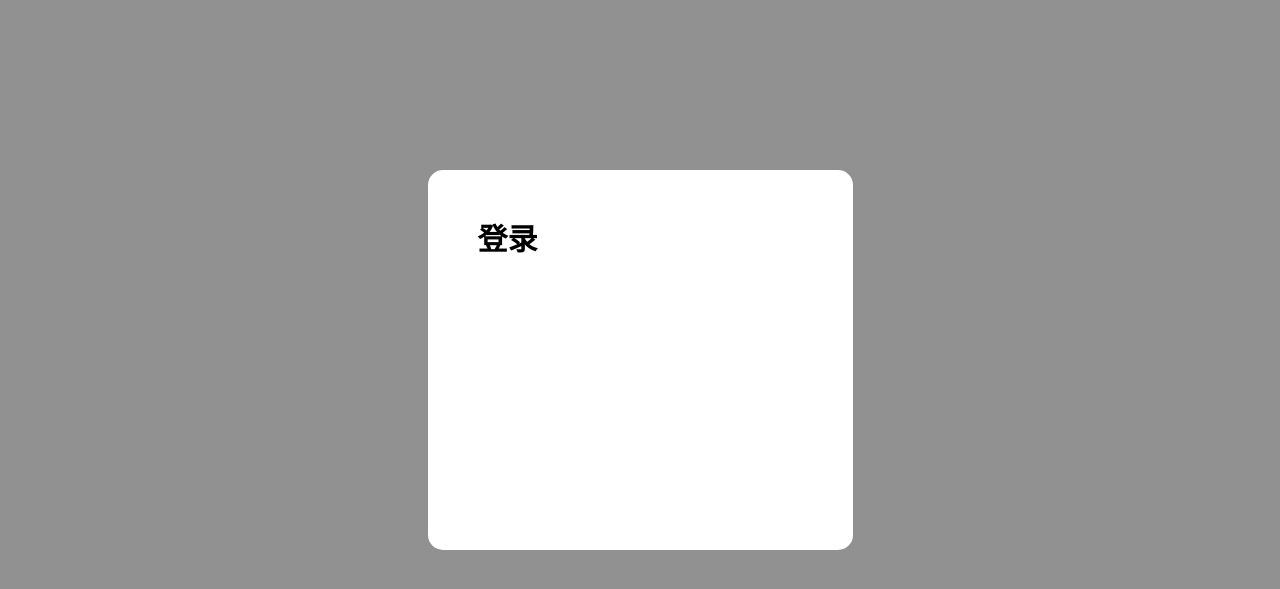
Repository: sjtu-course/homework
Page: GongZening/Week2/Web/LoginPage.html
These files come from the project's save history. The page is drawn as it stood at one moment and after the next save; the edit follows.
The browser window is 1280 px wide. The pictures show the whole page.

Above is the page before, as saved 2020-11-07 16:18:31.

After the next save:
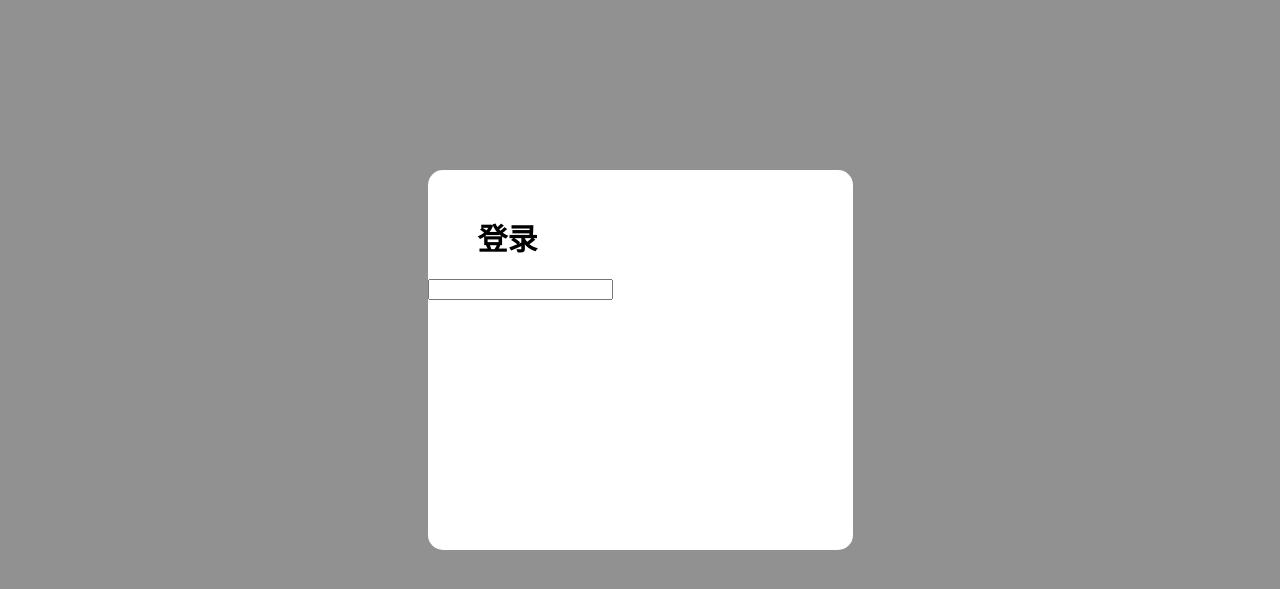
Saved 5 min 37 s later.
--- a/GongZening/Week2/Web/LoginPage.html
+++ b/GongZening/Week2/Web/LoginPage.html
@@ -12,8 +12,9 @@
     </head>
 
     <body style="background-color: #919191;">
-        <div>
+        <div id="round_rect">
             <h1 id="login">登录</h1>
+            <input class="edit_text">
         </div>
     </body>
 </html>
--- a/GongZening/Week2/Web/css/Round_Rect.css
+++ b/GongZening/Week2/Web/css/Round_Rect.css
@@ -1,5 +1,5 @@
 @charset "utf-8";
-div{
+#round_rect{
 	width: 425px;
 	height: 380px;
 	background-color: white;
@@ -12,5 +12,4 @@ div{
 	right: 0;
 	left: 0;
 	bottom: 0;
-
 }
